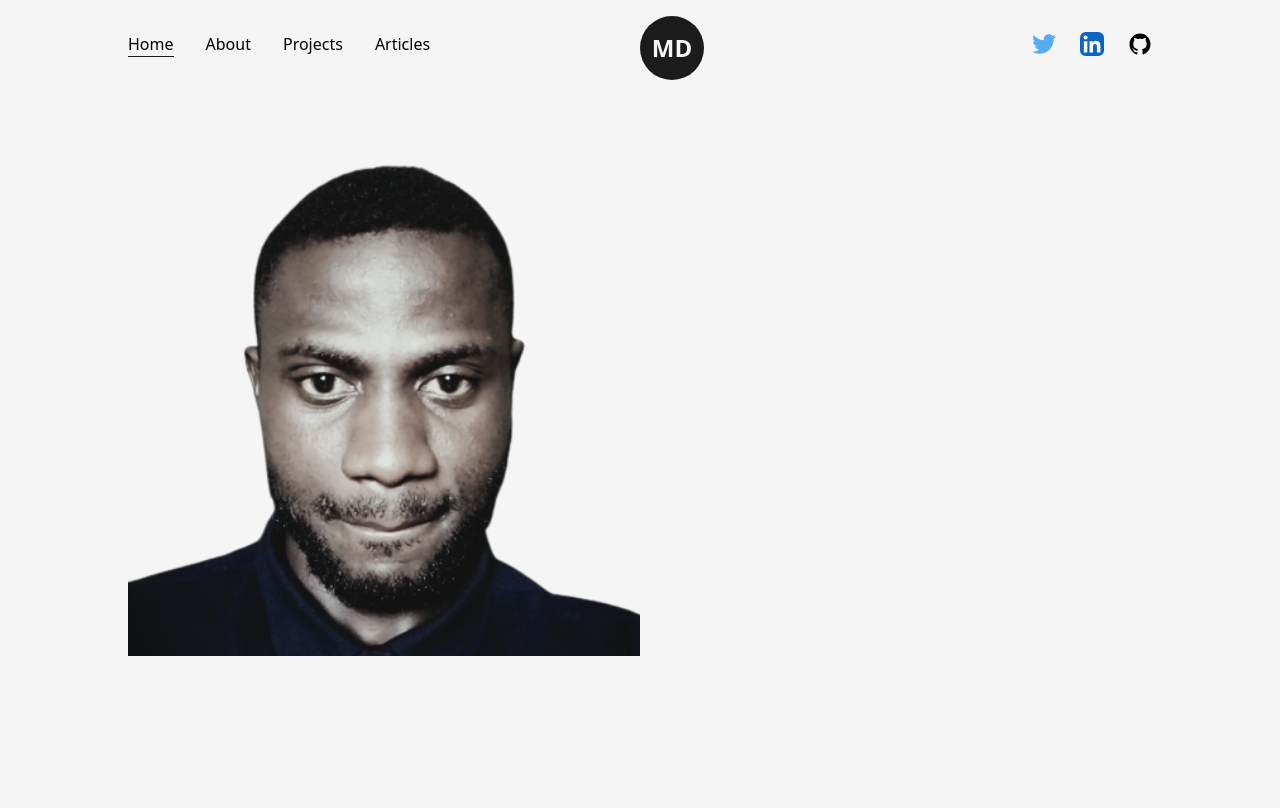
Repository: marcusdashe/situs
Page: /
The author's editor kept a copy of each file at every save. The page is drawn from the files as they stood at one save, then again after the next save.
The browser window is 1280 px wide. The pictures show the whole page.
The project was rebuilt for these pictures with package versions that can differ from the ones it lists, and the page was loaded fresh each time. The framework's server and built-in components were replaced by stand-ins that run in the browser.

Above is the page before, as saved 2023-06-15 17:20:42.

### src/pages/_app.js
import Navbar from "@/components/Navbar";
import "@/styles/globals.css";
import Head from "next/head";
// import { IBM_Plex_Sans } from "next/font/google";

// const ibm = IBM_Plex_Sans({
//   subsets: ["latin"],
//   variable: "--font-mont",
// });

export default function App({ Component, pageProps }) {
  return (
    <>
      <Head>
        <meta name="viewport" content="width=device-width, initial-scale=1" />
        <link rel="icon" href="/favicon.ico" />
      </Head>
      <main className={`  bg-light w-full min-h-screen`}>
        <Navbar />
        <Component {...pageProps} />
      </main>
    </>
  );
}

### src/pages/index.js
import Head from "next/head";
import Image from "next/image";
import { Inter } from "next/font/google";
import Layout from "@/components/Layout";
import profilePic from "../../public/images/profile/developer-pic-4.png";

const inter = Inter({ subsets: ["latin"] });

export default function Home() {
  return (
    <>
      <Head>
        <title>Marcus Dashe | Portfolio</title>
        <meta name="description" content="Generated by create next app" />
      </Head>
      <main className="flex items-center text-dark w-full min-h-screen">
        <Layout className="pt-0">
          <div className=" w-full flex items-center justify-between">
            <div className="w-1/2">
              <Image
                src={profilePic}
                alt="Marcus Dashe"
                className="w-full h-auto"
              />
            </div>
          </div>
        </Layout>
      </main>
    </>
  );
}

### src/components/Navbar.jsx
import React from "react";
import { useRouter } from "next/router";
import Link from "next/link";
import Logo from "./Logo";
import { TwitterIcon, GithubIcon, LinkedInIcon } from "./Icons";
import { motion } from "framer-motion";

const CustomLink = ({ href, title, className = "" }) => {
  const router = useRouter();

  return (
    <Link href={href} className={`${className} relative group`}>
      {title}
      <span
        className={`h-[1px] inline-block bg-dark absolute left-0 -bottom-0.5 group-hover:w-full transition-[width] ease duration-300 ${
          router.asPath === href ? "w-full" : "w-0"
        }`}
      >
        &nbsp;
      </span>
    </Link>
  );
};

const Navbar = () => {
  return (
    <header
      className="w-full px-32 py-8 font-medium
            flex items-center justify-between"
    >
      <nav>
        <CustomLink href="/" title="Home" className="mr-4" />
        <CustomLink href="/about" title="About" className="mx-4" />
        <CustomLink href="/projects" title="Projects" className="mx-4" />
        <CustomLink href="/articles" title="Articles" className="ml-4" />
      </nav>

      <nav className="flex items-center justify-center flex-wrap">
        <motion.a
          href="https://www.twitter.com/marcusdashe"
          target={"_blank"}
          whileHover={{
            y: -2,
          }}
          whileTap={{ scale: 0.9 }}
          className="w-6 mx-3"
        >
          <TwitterIcon className="" />
        </motion.a>
        <motion.a
          href="https://www.linkedin.com/in/marcus-dashe-15a088202"
          target={"_blank"}
          whileHover={{
            y: -2,
          }}
          whileTap={{ scale: 0.9 }}
          className="w-6 mx-3"
        >
          <LinkedInIcon />
        </motion.a>
        <motion.a
          href="https://www.github.com/marcusdashe"
          target={"_blank"}
          whileHover={{
            y: -2,
          }}
          whileTap={{ scale: 0.9 }}
          className="w-6 ml-3"
        >
          <GithubIcon />
        </motion.a>
      </nav>
      <div className="absolute left-[50%] top-2 translate-x-[-50]">
        <Logo />
      </div>
    </header>
  );
};

export default Navbar;

### src/styles/globals.css
@import url("https://fonts.googleapis.com/css2?family=IBM+Plex+Sans:ital,wght@0,100;0,200;0,300;1,100;1,200&family=Inter:wght@300;400;500;600;700;800;900&display=swap");

@tailwind base;
@tailwind components;
@tailwind utilities;

### src/components/Layout.jsx
import React from "react";

const Layout = ({ children, className = "" }) => {
  return (
    <div className={`${className} w-full inline-block z-0 bg-light p-32  `}>
      {children}
    </div>
  );
};

export default Layout;

### src/components/Logo.jsx
"use client";

import React from "react";
import Link from "next/link";
import { motion } from "framer-motion";

const MotionLink = motion(Link);

const Logo = () => {
  return (
    <div className="flex items-center justify-center mt-2">
      <MotionLink
        href="/"
        className="w-16 h-16 bg-dark text-light flex items-center
        justify-center rounded-full text-2xl font-bold hover
      "
        whileHover={{
          scale: 1.5,
          backgroundColor: [
            "#121212",
            "rgba(131,58,180,1)",
            "rgba(253,29,29,1)",
            "rgba(252,176,69,1)",
            "rgba(131,58,180,1)",
            "#121212",
          ],
          transition: {
            duration: 1,
            repeat: Infinity,
          },
        }}
      >
        MD
      </MotionLink>
    </div>
  );
};

export default Logo;

Loaded but not shown: tailwind.config.js (27 lines, source omitted); src/components/Icons.jsx (463 lines, source omitted)

After the next save:
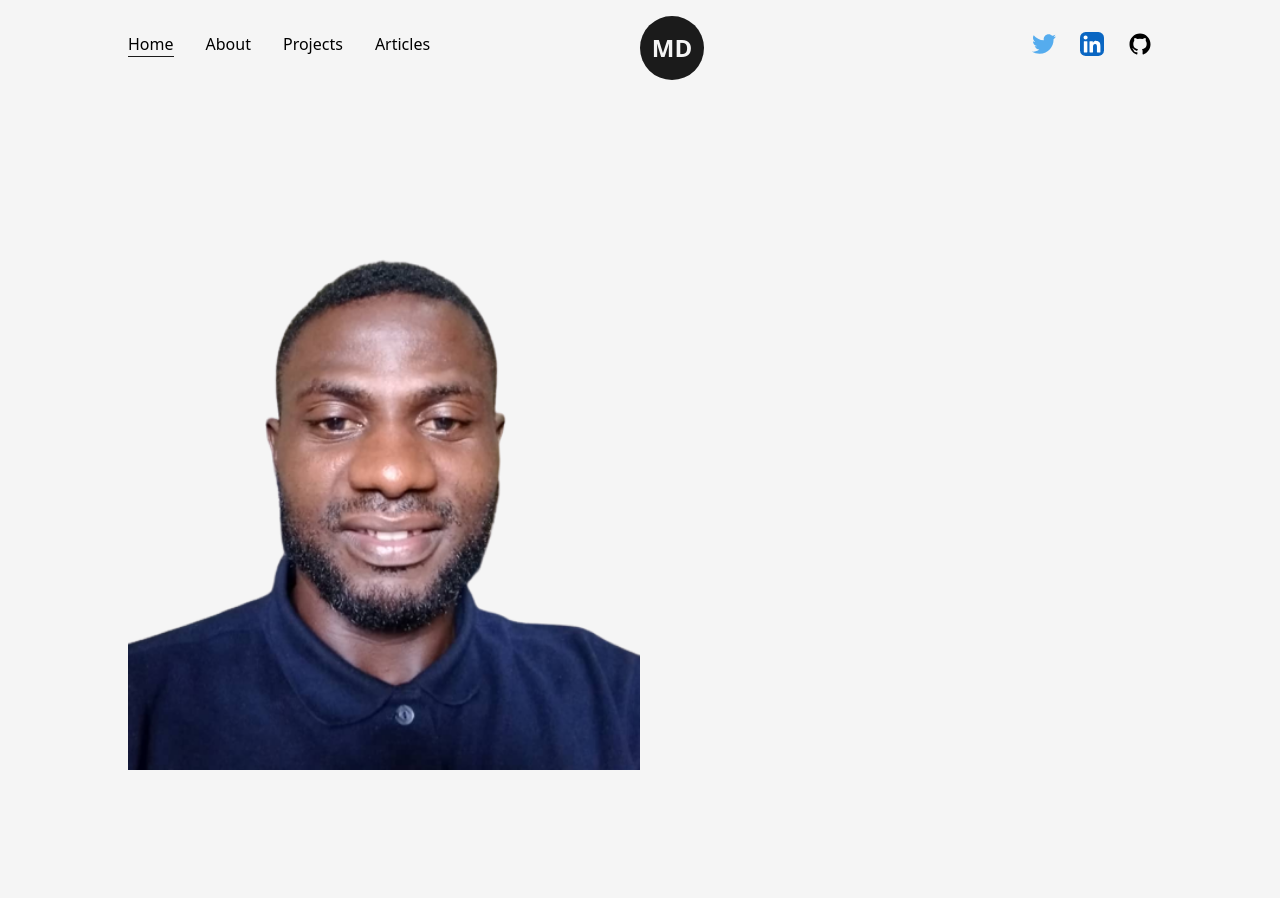
Saved 9 s later.
--- a/src/pages/index.js
+++ b/src/pages/index.js
@@ -2,7 +2,7 @@ import Head from "next/head";
 import Image from "next/image";
 import { Inter } from "next/font/google";
 import Layout from "@/components/Layout";
-import profilePic from "../../public/images/profile/developer-pic-4.png";
+import profilePic from "../../public/images/profile/developer-pic-5.png";
 
 const inter = Inter({ subsets: ["latin"] });
 

After the save that followed:
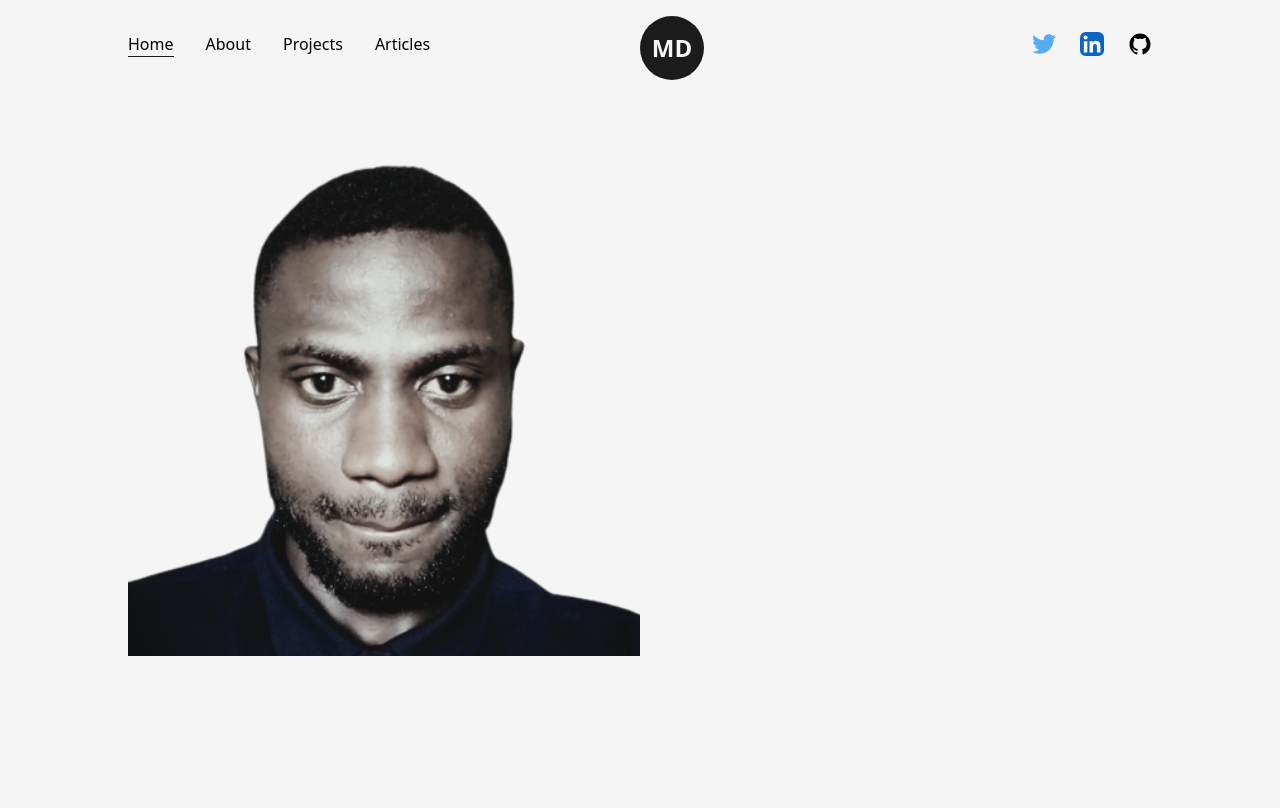
Saved 4 s later.
--- a/src/pages/index.js
+++ b/src/pages/index.js
@@ -2,7 +2,7 @@ import Head from "next/head";
 import Image from "next/image";
 import { Inter } from "next/font/google";
 import Layout from "@/components/Layout";
-import profilePic from "../../public/images/profile/developer-pic-5.png";
+import profilePic from "../../public/images/profile/developer-pic-4.png";
 
 const inter = Inter({ subsets: ["latin"] });
 
